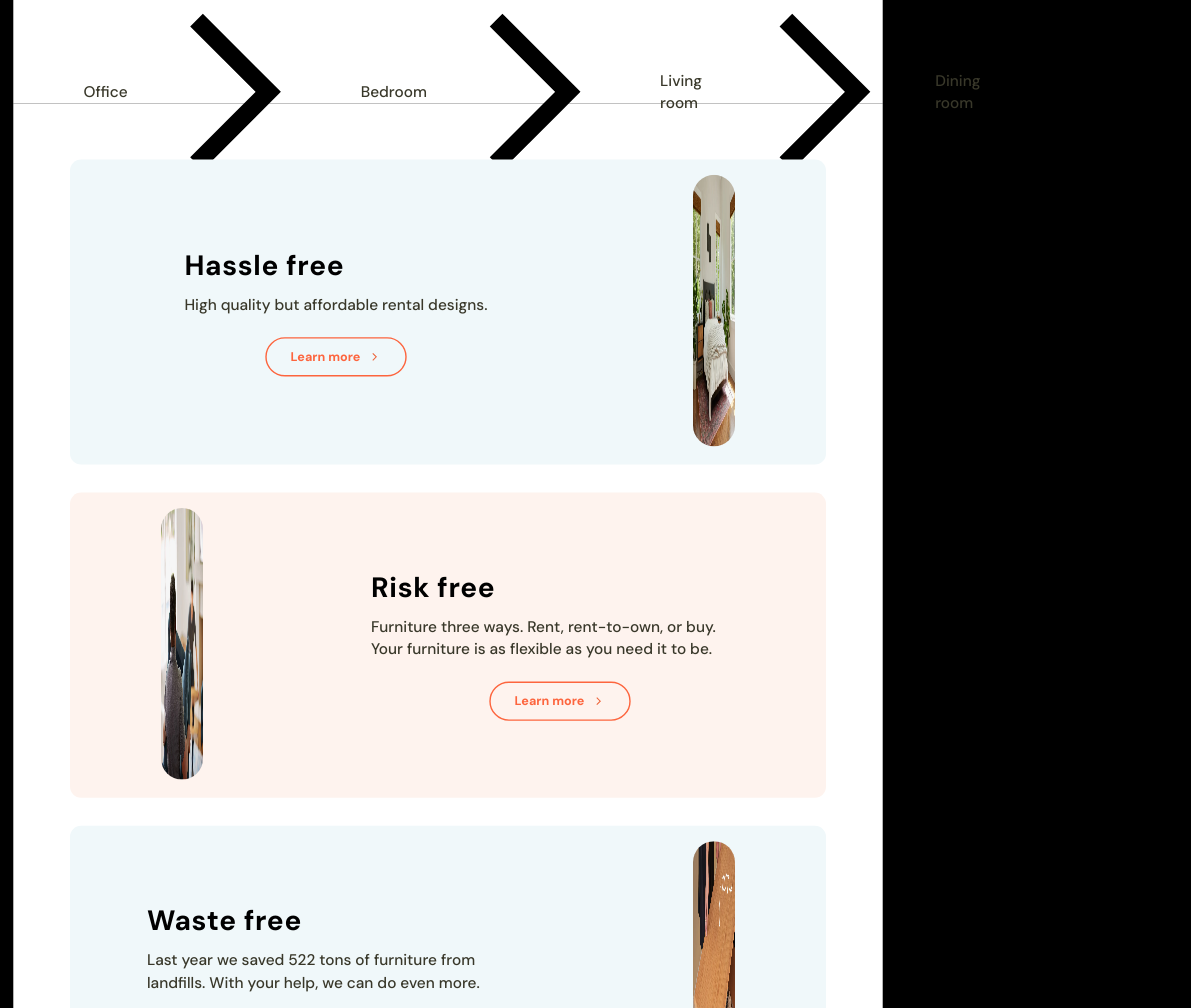
Repository: noman-source/Furniture-website
Page: index.html
The author's editor kept a copy of each file at every save. The page is drawn from the files as they stood at one save, then again after the next save.
The browser window is 1280 px wide. The page is 1702 px wide, so the pictures cover 1702 px, including what lies to the right of the window. The pictures show the part of the page from y = 1654 to 3094 px (the page is 4311 px tall), at 70% of full size.

Above is the page before, as saved 2025-07-04 13:11:13.

After the next save:
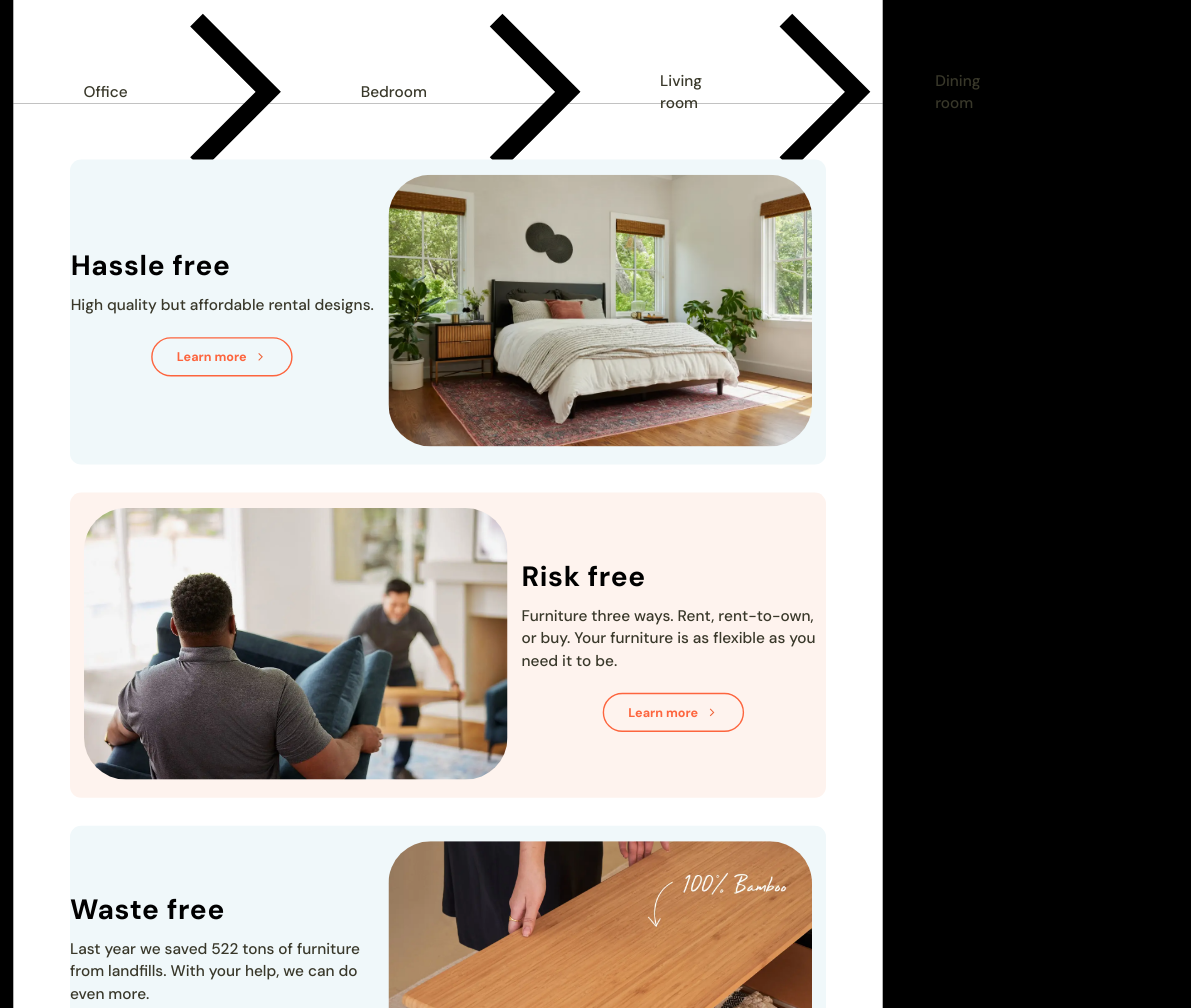
Saved 12 s later.
--- a/style.css
+++ b/style.css
@@ -329,7 +329,7 @@
 }
 
 .section5 .right img {
-    width: 60px;
+    width: 605px;
     height: 388px;
     border-radius: 60px;
 }
